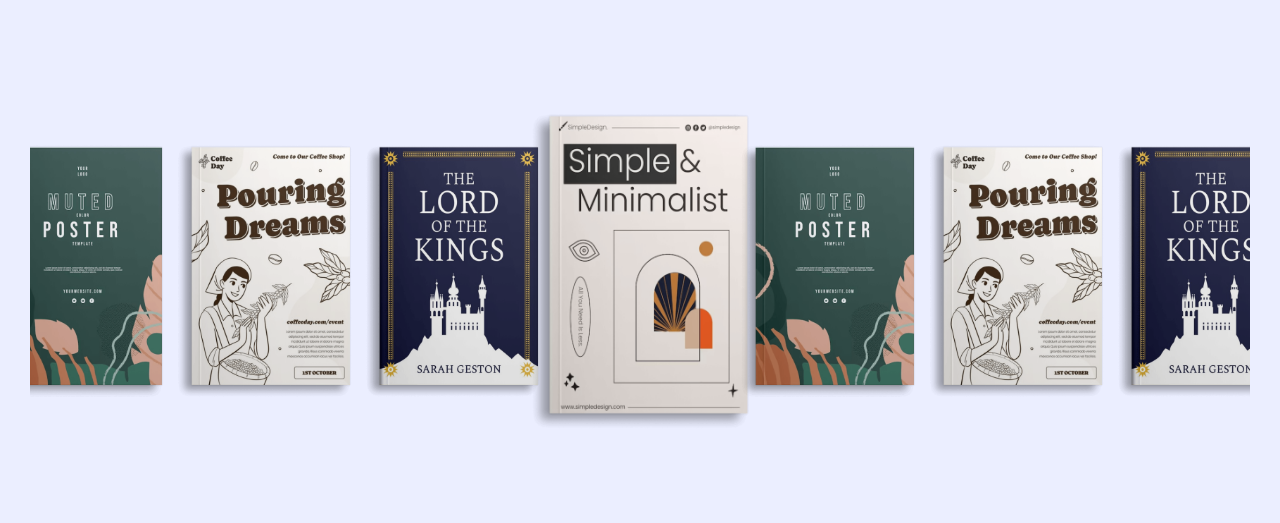
Repository: dinhhaidh/slider-book
Page: index1.html
An editor plug-in stored every save of this project. The page is shown before and after a run of saves, followed by the edit.
The browser window is 1280 px wide. The pictures show the whole page.
Some web fonts or font styles are not loaded; a fallback is used.

Above is the page before, as saved 2024-01-15 15:31:39.

### index1.html
<!DOCTYPE html>
<html lang="en">
<head>
    <meta charset="UTF-8">
    <meta name="viewport" content="width=device-width, initial-scale=1.0">
    <title>Document</title>
    <link rel="stylesheet" href="./css/swiper-bundle.min.css">
    <link rel="stylesheet" href="./css/style.css">
</head>
<body>
    <section class="home section">
        <div class="home__container container grid">
            <div class="home__image">
                <div class="home__swiper swiper">
                <!-- Additional required wrapper -->
                <div class="swiper-wrapper">
                    <!-- Slides -->
                    <article class="home__article swiper-slide">
                        <img src="./img/book-1.png" alt="image" class="home__img">
                    </article>
                    <article class="home__article swiper-slide">
                        <img src="./img/book-2.png" alt="image" class="home__img">
                    </article>
                    <article class="home__article swiper-slide">
                        <img src="./img/book-3.png" alt="image" class="home__img">
                    </article>
                    <article class="home__article swiper-slide">
                        <img src="./img/book-4.png" alt="image" class="home__img">
                    </article>
                </div>
            </div>
        </div>
        </div>
    </section>


    <script src="./js/swiper-bundle.min.js"></script>
    <script src="./js/main.js"></script>

</body>
</html>

### css/style.css
/*=============== GOOGLE FONTS ===============*/
@import url("https://fonts.googleapis.com/css2?family=Montagu+Slab:wght@500&family=Montserrat:wght@400;500;600&display=swap");

/*=============== VARIABLES CSS ===============*/
:root {
  --header-height: 3.5rem;

  /*========== Colors ==========*/
  /*Color mode HSL(hue, saturation, lightness)*/
  --first-color: hsl(230, 62%, 56%);
  --title-color: hsl(230, 70%, 16%);
  --text-color: hsl(230, 16%, 45%);
  --border-color: hsl(230, 50%, 90%);
  --white-color: hsl(0, 0%, 100%);
  --body-color: hsl(230, 100%, 96%);
  --container-color: hsl(230, 100%, 97%);

  /*========== Font and typography ==========*/
  /*.5rem = 8px | 1rem = 16px ...*/
  --body-font: "Montserrat", sans-serif;
  --second-font: "Montagu Slab", serif;
  --biggest-font-size: 2rem;
  --h1-font-size: 1.5rem;
  --h2-font-size: 1.25rem;
  --h3-font-size: 1rem;
  --normal-font-size: .938rem;
  --small-font-size: .813rem;
  --smaller-font-size: .75rem;

  /*========== Font weight ==========*/
  --font-regular: 400;
  --font-medium: 500;
  --font-semi-bold: 600;

  /*========== z index ==========*/
  --z-tooltip: 10;
  --z-fixed: 100;
}

/*========== Responsive typography ==========*/
@media screen and (min-width: 1150px) {
  :root {
    --biggest-font-size: 3.5rem;
    --h1-font-size: 2.25rem;
    --h2-font-size: 1.5rem;
    --h3-font-size: 1.25rem;
    --normal-font-size: 1rem;
    --small-font-size: .875rem;
    --smaller-font-size: .813rem;
  }
}

/*=============== BASE ===============*/
* {
  box-sizing: border-box;
  padding: 0;
  margin: 0;
}

html {
  scroll-behavior: smooth;
}

body,
input,
button {
  font-family: var(--body-font);
  font-size: var(--normal-font-size);
}

body {
  background-color: var(--body-color);
  color: var(--text-color);
  transition: background-color .4s;
}

input,
button {
  border: none;
  outline: none;
}

h1, h2, h3, h4 {
  color: var(--title-color);
  font-family: var(--second-font);
  font-weight: var(--font-medium);
}

ul {
  list-style: none;
}

a {
  text-decoration: none;
}

img {
  display: block;
  max-width: 100%;
  height: auto;
}

/*=============== THEME ===============*/
/*========== Variables Dark theme ==========*/


/*==========
	Color changes in some parts of
	the website, in dark theme
==========*/


/*=============== REUSABLE CSS CLASSES ===============*/
.container {
  max-width: 1220px;
  margin-inline: 1.5rem;
}

.grid {
  display: grid;
  gap: 1.5rem;
}

.section {
  padding-block: 5rem 1rem;
}

.section__title {
  text-align: center;
  font-size: var(--h1-font-size);
  font-family: var(--second-font);
  margin-bottom: 2rem;
}

.main {
  overflow: hidden; /* For animation ScrollReveal */
}
@media screen and (min-width: 1150px) {
    .container{
        margin-inline: auto;
    }
}

/*=============== HEADER & NAV ===============*/


/* Navigation for mobile devices */


/* Add shadow header */


/* Active link */


/*=============== SEARCH ===============*/


/* Show search */


/*=============== LOGIN ===============*/


/* Show login */


/*=============== HOME ===============*/
.home__swiper{
  margin: initial;
}
.home__container{
  padding-top: 2rem;
  row-gap: 2.5rem;
}
.home__image{
  display: grid;
}
.home__article,
.home__img{
    width: 220px;
    transition: scale .4s;
}
.home__article{
    scale: .8;
}

.swiper-slide-active,
.swiper-slide-dulicate-active{
  scale: 1;
}

/* Swiper class */


/*=============== BUTTON ===============*/


/*=============== SERVICES ===============*/


/*=============== FEATURED ===============*/


/* Swiper class */


/*=============== DISCOUNT ===============*/


/*=============== NEW ===============*/


/*=============== JOIN ===============*/


/*=============== TESTIMONIAL ===============*/


/*=============== FOOTER ===============*/


/*=============== SCROLL BAR ===============*/


/*=============== SCROLL UP ===============*/


/* Show Scroll Up */


/*=============== BREAKPOINTS ===============*/
/* For small devices */


/* For medium devices */


/* For large devices */

### js/main.js
let swiperHome = new Swiper('.home__swiper', {
    loop: true,
    spaceBetween: -24,
    slidesPerView: 'auto',
    centeredSlides: 'auto',

    autoplay: {
        delay: 3000,
        disableOnInteraction: false,
    },

    breakpoints: {
        1220: {
            spaceBetween: -32,
        }
    }
});

Loaded but not shown: css/swiper-bundle.min.css (library); js/swiper-bundle.min.js (library)

After the next 6 saves:
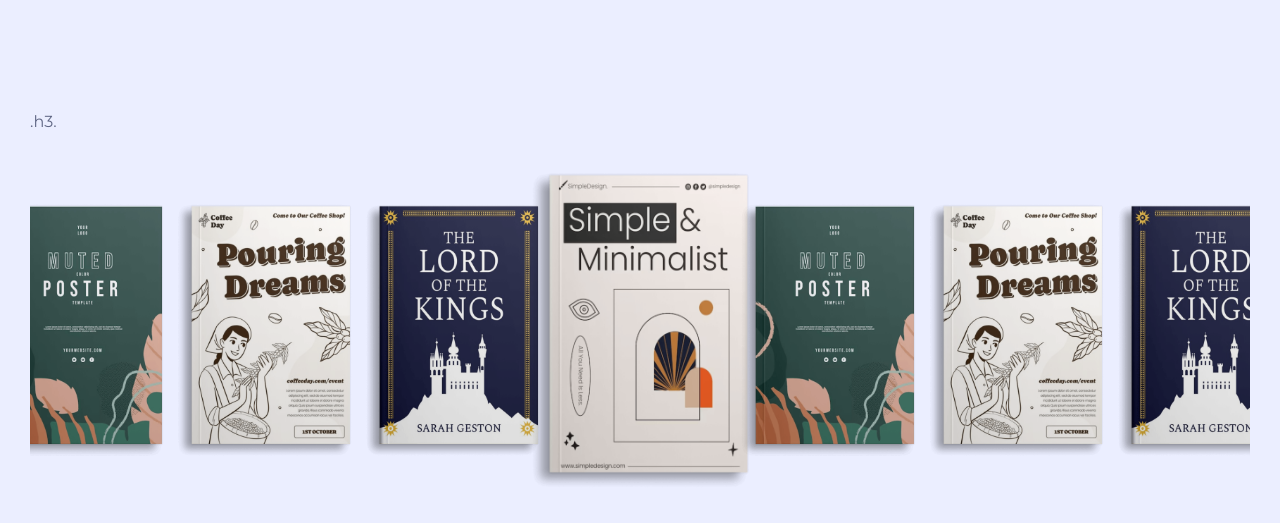
The 6 saves are shown as one change because they came seconds apart.
The last was saved 80 s later.
--- a/index1.html
+++ b/index1.html
@@ -10,6 +10,9 @@
 <body>
     <section class="home section">
         <div class="home__container container grid">
+            <div class="home__data">
+                .h3.
+            </div>
             <div class="home__image">
                 <div class="home__swiper swiper">
                 <!-- Additional required wrapper -->
